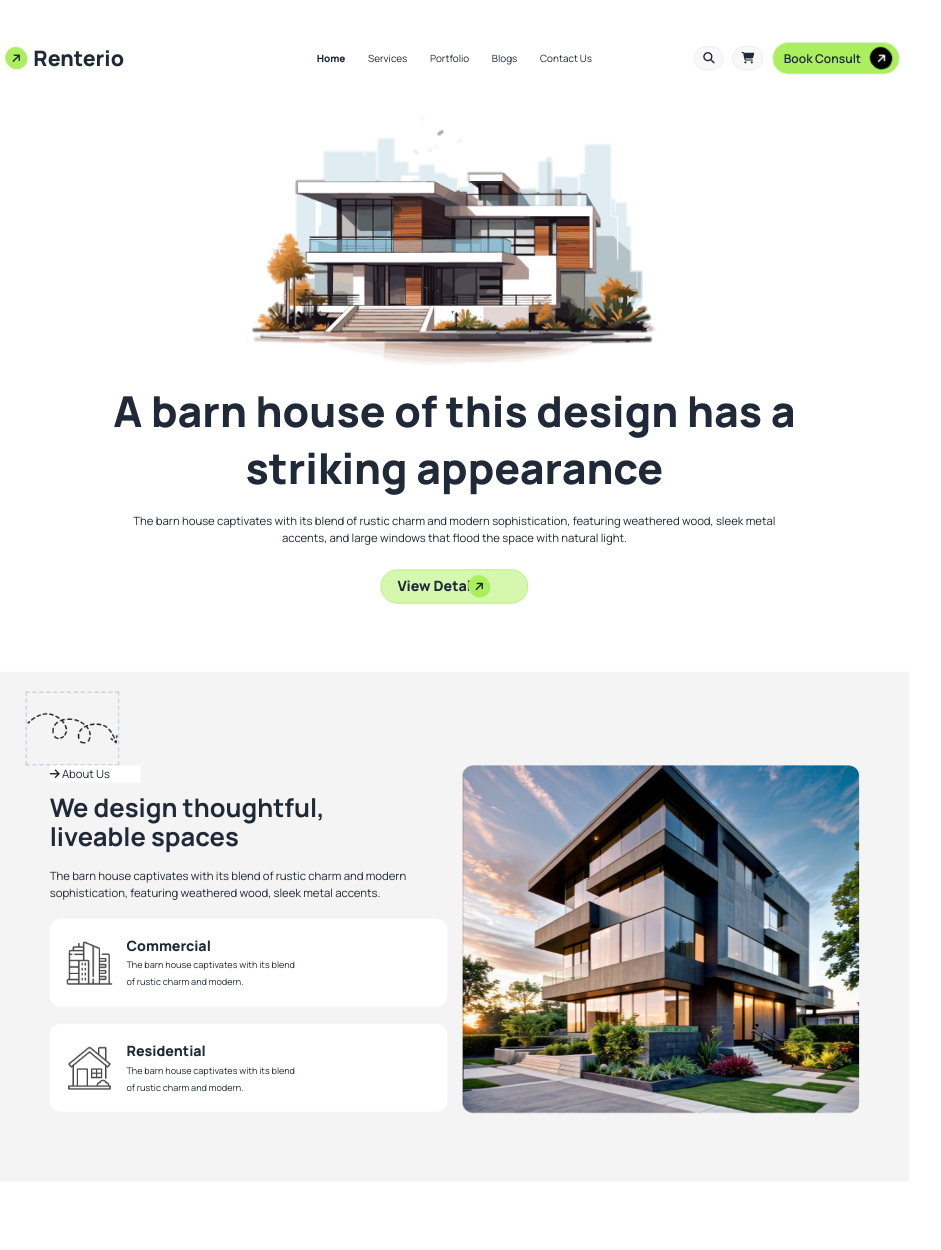
Repository: Tanvir4312/assignment-03
Page: index.html
An editor plug-in stored every save of this project. The page is shown before and after the next save, followed by the edit.
The browser window is 1280 px wide. The page is 1325 px wide, so the pictures cover 1325 px, including what lies to the right of the window. The pictures show the whole page, at 71% of full size.
Some web libraries are served in a nearby version.

Above is the page before, as saved 2024-10-30 14:49:38.

### index.html
<!DOCTYPE html>
<html lang="en">

<head>
    <meta charset="UTF-8">
    <meta name="viewport" content="width=device-width, initial-scale=1.0">
    <title>Renterio</title>
    <link rel="stylesheet" href="styles/styles.css">
    <!-- DaisyUI -->
    <link href="https://cdn.jsdelivr.net/npm/daisyui@4.12.14/dist/full.min.css" rel="stylesheet" type="text/css" />
    <script src="https://cdn.tailwindcss.com"></script>
    <!-- Icon -->
    <link rel="stylesheet" href="https://cdnjs.cloudflare.com/ajax/libs/font-awesome/6.6.0/css/all.min.css"
        integrity="sha512-Kc323vGBEqzTmouAECnVceyQqyqdsSiqLQISBL29aUW4U/M7pSPA/gEUZQqv1cwx4OnYxTxve5UMg5GT6L4JJg=="
        crossorigin="anonymous" referrerpolicy="no-referrer" />

    <script>
        tailwind.config = {
            theme: {
                extend: {
                    colors: {
                        clifford: '#da373d',
                        bgBtnColor: '#ABEF5F',
                        btnTextAndWorksTextColor: '#1C1C1C',
                        mainColor: '#212121',
                        secondaryColor: '#494949',

                    }
                }
            }
        }
    </script>
</head>

<body class="manrope-font">
    <header>
        <!-- Navbar -->
        <nav class="container mx-auto">
            <div class="navbar relative py-14">
                <div class="navbar-start">
                    <div class="absolute right-0">
                        <div class="dropdown">
                            <div tabindex="0" role="button"
                                class="btn btn-ghost mr-2 lg:hidden border border-[rgba(233,233,233)] rounded-full bg-[#f9f8f8]">
                                <svg xmlns="http://www.w3.org/2000/svg" class="h-5 w-5" fill="none" viewBox="0 0 24 24"
                                    stroke="currentColor">
                                    <path stroke-linecap="round" stroke-linejoin="round" stroke-width="2"
                                        d="M4 6h16M4 12h8m-8 6h16" />
                                </svg>
                            </div>
                            <div class="absolute -left-20">
                                <ul tabindex=""
                                    class="menu menu-sm dropdown-content bg-base-100 rounded-box z-[1] p-2 shadow w-32">
                                    <li><a>Home</a></li>
                                    <li><a>Services</a></li>
                                    <li><a>Portfolio</a></li>
                                    <li><a>Blogs</a></li>
                                    <li><a>Contact Us</a></li>
                                </ul>
                            </div>
                        </div>
                    </div>
                    <i class="fa-solid fa-arrow-right -rotate-45 bg-bgBtnColor p-2 rounded-full	"></i>
                    <a class="btn btn-ghost font-extrabold text-3xl pl-2">Renterio</a>
                </div>
                <div class="navbar-center hidden lg:flex">
                    <ul class="menu menu-horizontal px-1">
                        <li><a class="font-extrabold">Home</a></li>
                        <li><a>Services</a></li>
                        <li><a>Portfolio</a></li>
                        <li><a>Blogs</a></li>
                        <li><a>Contact Us</a></li>
                    </ul>
                </div>

                <div class="navbar-end hidden md:block">
                    <div class="flex justify-end">
                        <div class="flex items-center gap-3 mr-2">
                            <div class="px-3 py-1 border border-[rgba(233,233,233)] rounded-full bg-[#f9f8f8]">
                                <i class="fa-solid fa-magnifying-glass"></i>
                            </div>
                            <div class="px-3 py-1 border border-[rgba(233,233,233)] rounded-full bg-[#f9f8f8]">
                                <i class="fa-solid fa-cart-shopping"></i>
                            </div>
                        </div>
                        <div class="relative ">
                            <button class="btn bg-bgBtnColor rounded-3xl pr-14 text-lg font-semibold">Book
                                Consult</button>
                            <i
                                class="fa-solid fa-arrow-right -rotate-45 bg-black text-white p-2 rounded-full absolute top-2 right-4 "></i>
                        </div>
                    </div>
                </div>
            </div>
        </nav>
        <!-- Banner -->
        <section class="banner text-center">
            <!-- Banner Image -->
            <div class="flex justify-center px-14">
                <img src="./assets/banner.png" alt="">
            </div>
            <!-- Banner Text -->
            <div class="mt-6">
                <h1 class="text-3xl md:text-6xl font-extrabold md:leading-[80px]">A barn house of this design
                    has a <br>striking appearance
                </h1>
                <p class="mt-6 mb-8 px-5">The barn house captivates with its blend of rustic charm and modern
                    sophistication,
                    featuring weathered wood, sleek metal <br> accents, and large windows that flood the space with
                    natural light.</p>
                <!-- Banner Button -->
                <div class="relative flex px-2 md:justify-center md:items-center">
                    <div class="w-full text-start md:text-center">
                        <button
                            class="btn border border-[rgba(171,239,95)] bg-[rgba(171,239,95,0.5)] rounded-3xl mainColor text-xl font-extrabold pr-14 l w-full md:w-52">View
                            Details</button>
                    </div>
                    <div>
                        <i
                            class="fa-solid fa-arrow-right -rotate-45 bg-bgBtnColor p-2 rounded-full absolute bottom-2 right-[590px]"></i>

                        <i
                            class="md:hidden absolute top-3 right-20 fa-solid fa-arrow-right -rotate-45 bg-bgBtnColor p-2 rounded-full"></i>
                    </div>
                </div>
            </div>
        </section>
    </header>

    <main>

    </main>
    <!-- About Us -->
    <section class="bg-[#F4F4F4] my-24 pt-7 pb-24">
        <img class="hidden md:block border-dashed border-2 border-slate-300 py-7 ml-9" src="./assets/Vector.png" alt="">
        <div class="md:w-[1140px] mx-auto grid grid-cols-2 gap-5">

            <!-- Text -->
            <div>

                <div class="bg-white w-32">
                    <i class="fa-solid fa-arrow-right"></i>
                    <button class=" ">About Us</button>
                </div>

                <div class="mt-4">
                    <h1 class="text-4xl font-bold mainColor mb-6">We design thoughtful, <br> liveable spaces</h1>
                    <p class="secondaryColor">The barn house captivates with its blend of rustic charm and
                        modern sophistication, featuring weathered wood, sleek metal accents.</p>
                </div>

                <div class="flex items-center gap-5 my-6 bg-white p-6 rounded-2xl">
                    <!-- Image -->
                    <div>
                        <img src="./assets/commercial.png" alt="">
                    </div>
                    <!-- Text -->
                    <div>
                        <h3 class="text-xl font-extrabold">Commercial</h3>
                        <p><small>The barn house captivates with its blend <br> of rustic charm and modern.</small></p>
                    </div>
                </div>
                <div class="flex items-center gap-5 bg-white p-6 rounded-2xl">
                    <!-- Image -->
                    <div>
                        <img src="./assets/residential.png" alt="">
                    </div>
                    <!-- Text -->
                    <div>
                        <h3 class="text-xl font-extrabold">Residential</h3>
                        <p><small>The barn house captivates with its blend <br> of rustic charm and modern.</small></p>
                    </div>
                </div>

            </div>
            <!-- Image -->
            <div class="">
                <img class="w-full h-[490px]" src="./assets/Rectangle.png" alt="">
            </div>
        </div>

    </section>
</body>

</html>

### styles/styles.css
/* Font */
@import url('https://fonts.googleapis.com/css2?family=Manrope:wght@200..800&display=swap');


.manrope-font {
  font-family: "Manrope", sans-serif;


}

After the next save:
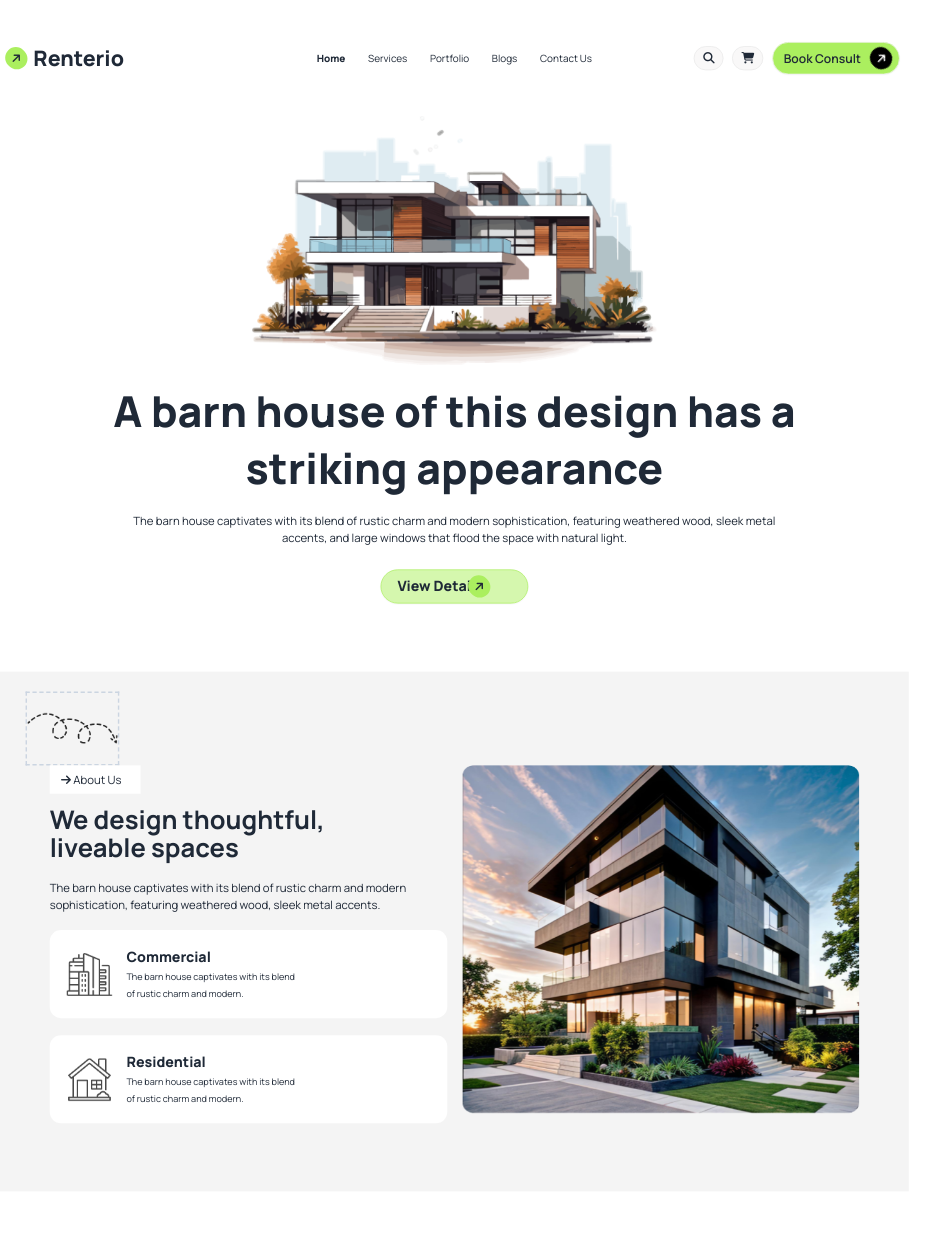
Saved 62 s later.
--- a/index.html
+++ b/index.html
@@ -138,7 +138,7 @@
             <!-- Text -->
             <div>
 
-                <div class="bg-white w-32">
+                <div class="bg-white w-32 py-2 px-4">
                     <i class="fa-solid fa-arrow-right"></i>
                     <button class=" ">About Us</button>
                 </div>
